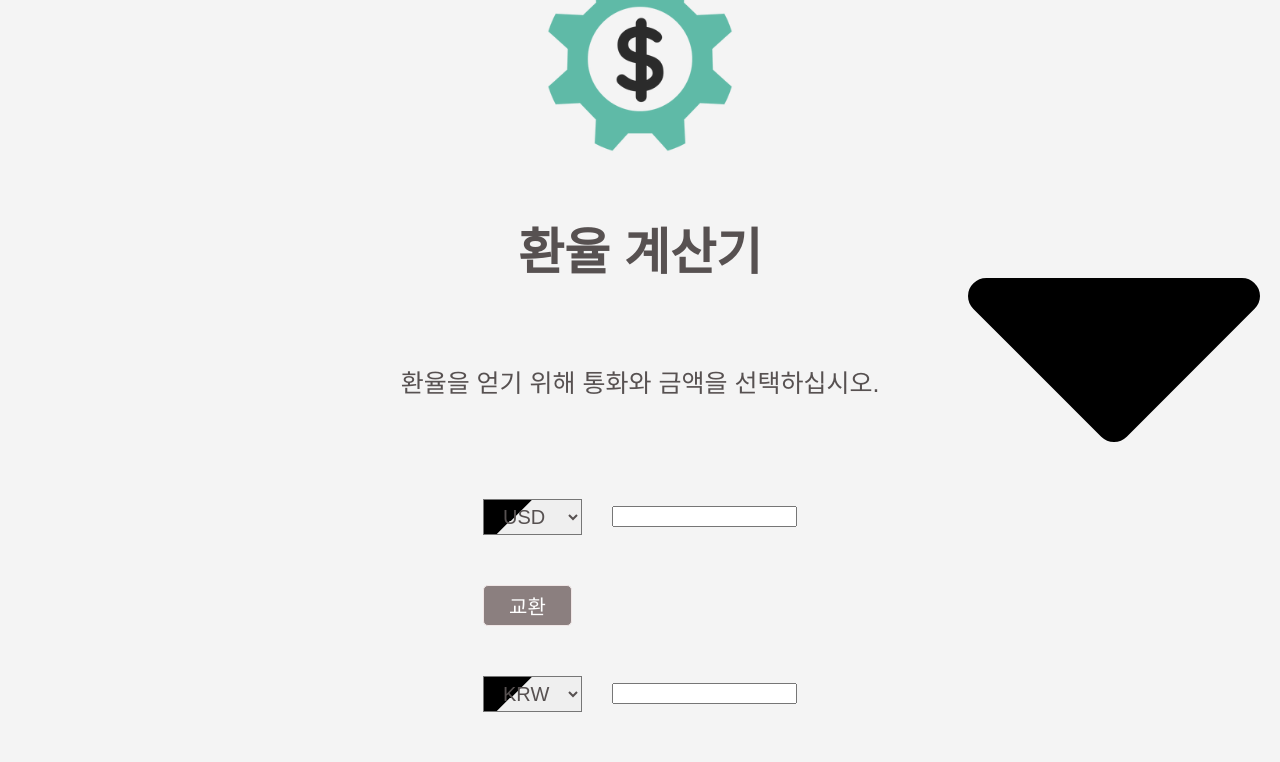
Repository: AbrorjonKuchkarov/exchange-rate
Page: index.html
These files come from the project's save history. The page is drawn as it stood at one moment and after the next save; the edit follows.
The browser window is 1280 px wide. The pictures show the whole page.

Above is the page before, as saved 2022-02-24 01:40:11.

### index.html
<!DOCTYPE html>
<html lang="en">
<head>
   <meta charset="UTF-8">
   <meta http-equiv="X-UA-Compatible" content="IE=edge">
   <meta name="viewport" content="width=device-width, initial-scale=1.0">
<link rel="stylesheet" href="style.css">
   <title>환율</title>
</head>
<body>
   <img src="img/money.png" alt="">
   <h1>환율 계산기 </h1>
   <p>환율을 얻기 위해 통화와 금액을 선택하십시오.</p>

   <div class="container">
      <div class="currency">
         <select id="selectOne">
            <option value="AED">AED</option>
            <option value="ARS">ARS</option>
            <option value="AUD">AUD</option>
            <option value="BGN">BGN</option>
            <option value="BRL">BRL</option>
            <option value="BSD">BSD</option>
            <option value="CAD">CAD</option>
            <option value="CHF">CHF</option>
            <option value="CLP">CLP</option>
            <option value="CNY">CNY</option>
            <option value="COP">COP</option>
            <option value="CZK">CZK</option>
            <option value="DKK">DKK</option>
            <option value="DOP">DOP</option>
            <option value="EGP">EGP</option>
            <option value="EUR">EUR</option>
            <option value="FJD">FJD</option>
            <option value="GBP">GBP</option>
            <option value="GTQ">GTQ</option>
            <option value="HKD">HKD</option>
            <option value="HRK">HRK</option>
            <option value="HUF">HUF</option>
            <option value="IDR">IDR</option>
            <option value="ILS">ILS</option>
            <option value="INR">INR</option>
            <option value="ISK">ISK</option>
            <option value="JPY">JPY</option>
            <option value="KRW">KRW</option>
            <option value="KZT">KZT</option>
            <option value="MXN">MXN</option>
            <option value="MYR">MYR</option>
            <option value="NOK">NOK</option>
            <option value="NZD">NZD</option>
            <option value="PAB">PAB</option>
            <option value="PEN">PEN</option>
            <option value="PHP">PHP</option>
            <option value="PKR">PKR</option>
            <option value="PLN">PLN</option>
            <option value="PYG">PYG</option>
            <option value="RON">RON</option>
            <option value="RUB">RUB</option>
            <option value="SAR">SAR</option>
            <option value="SEK">SEK</option>
            <option value="SGD">SGD</option>
            <option value="THB">THB</option>
            <option value="TRY">TRY</option>
            <option value="TWD">TWD</option>
            <option value="UAH">UAH</option>
            <option value="USD" selected>USD</option>
            <option value="UYU">UYU</option>
            <option value="VND">VND</option>
            <option value="ZAR">ZAR</option>
         </select>
         <input type="number" class="inputOne" >
      </div>

      <div class="swap">
         <button class="btn">교환</button>
         <div class="rate"></div>
      </div>

      <div class="currency">
         <select id="selectTwo">
         <option value="AED">AED</option>
         <option value="ARS">ARS</option>
         <option value="AUD">AUD</option>
         <option value="BGN">BGN</option>
         <option value="BRL">BRL</option>
         <option value="BSD">BSD</option>
         <option value="CAD">CAD</option>
         <option value="CHF">CHF</option>
         <option value="CLP">CLP</option>
         <option value="CNY">CNY</option>
         <option value="COP">COP</option>
         <option value="CZK">CZK</option>
         <option value="DKK">DKK</option>
         <option value="DOP">DOP</option>
         <option value="EGP">EGP</option>
         <option value="EUR">EUR</option>
         <option value="FJD">FJD</option>
         <option value="GBP">GBP</option>
         <option value="GTQ">GTQ</option>
         <option value="HKD">HKD</option>
         <option value="HRK">HRK</option>
         <option value="HUF">HUF</option>
         <option value="IDR">IDR</option>
         <option value="ILS">ILS</option>
         <option value="INR">INR</option>
         <option value="ISK">ISK</option>
         <option value="JPY">JPY</option>
         <option value="KRW" selected>KRW</option>
         <option value="KZT">KZT</option>
         <option value="MXN">MXN</option>
         <option value="MYR">MYR</option>
         <option value="NOK">NOK</option>
         <option value="NZD">NZD</option>
         <option value="PAB">PAB</option>
         <option value="PEN">PEN</option>
         <option value="PHP">PHP</option>
         <option value="PKR">PKR</option>
         <option value="PLN">PLN</option>
         <option value="PYG">PYG</option>
         <option value="RON">RON</option>
         <option value="RUB">RUB</option>
         <option value="SAR">SAR</option>
         <option value="SEK">SEK</option>
         <option value="SGD">SGD</option>
         <option value="THB">THB</option>
         <option value="TRY">TRY</option>
         <option value="TWD">TWD</option>
         <option value="UAH">UAH</option>
         <option value="USD">USD</option>
         <option value="UYU">UYU</option>
         <option value="VND">VND</option>
         <option value="ZAR">ZAR</option>
      </select>
      <input type="number" class="inputTwo" >
      </div>
   </div>




   <script src="app.js"></script>
</body>
</html>

### style.css
*{
   box-sizing: border-box;
}

body {
   font-family: Arial, Helvetica, sans-serif;
   margin: 0;
   display: flex;
   flex-direction: column;
   align-items: center;
   justify-content: center;
   height: 100vh;
   background-color: #f4f4f4;
   padding: 10px;
   background-image: url('data:[embedded picture, 475 characters]');
   background-position: right 20px top 50%;
   background-repeat: no-repeat;
}

img {
   width: 200px;
}

h1{
   font-size: 50px;
   color: #575151;
   padding: 20px 0;
}

p{
   color: #575151;
   font-size: 25px;
   padding-bottom: 25px;
   text-align: center;
}

.btn{
   padding: 5px 25px;
   border-radius: 5px;
   border: 1px solid #f0e6e6;
   background-color: #8b7f7f;
   color: #fff;
   cursor: pointer;
   font-size: 20px;
}

.currency {
   margin: 30px 0;
   padding: 20px 0;
    display: flex;
   align-items: center;
   justify-content: space-between;
}

#selectOne,
#selectTwo{
   margin-right: 30px;
   font-size: 20px;
   color: #575151;
   padding: 5px 15px;
   background-image: url('data:[embedded picture, 475 characters]');
   background-position: right 10px top 50%;

}

Loaded but not shown: app.js (no copy from this time; the picture is the same without it)

After the next save:
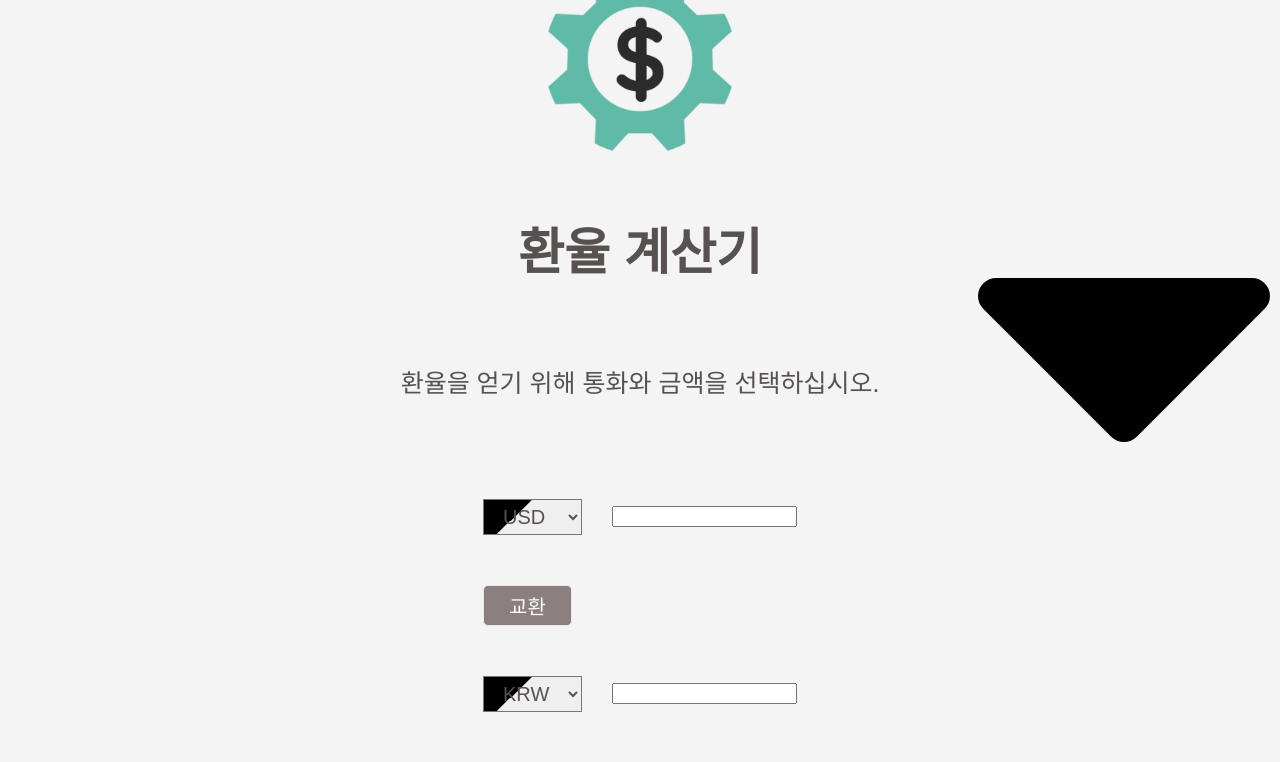
Saved 7 s later.
--- a/style.css
+++ b/style.css
@@ -13,7 +13,7 @@ body {
    background-color: #f4f4f4;
    padding: 10px;
    background-image: url('data:[embedded picture, 475 characters]');
-   background-position: right 20px top 50%;
+   background-position: right 10px top 50%;
    background-repeat: no-repeat;
 }
 
